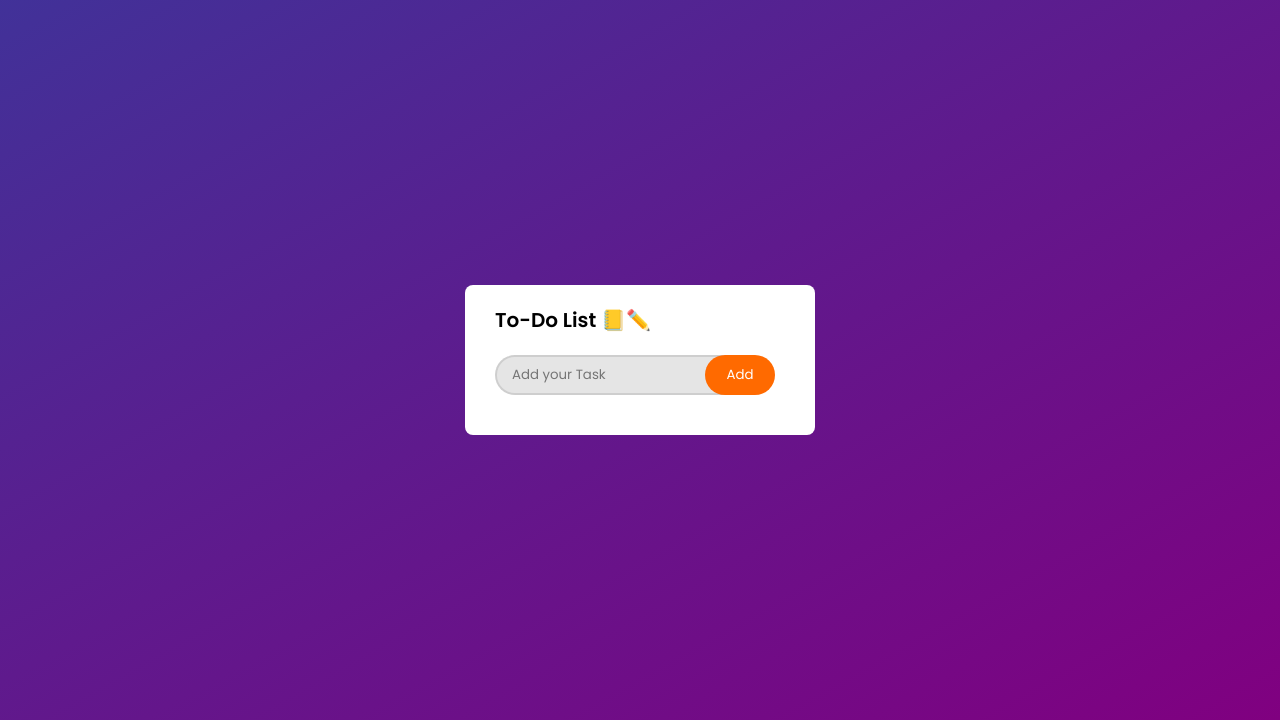
Repository: Ankitkr2021/To-Do-List
Page: index.html
An editor plug-in stored every save of this project. The page is shown before and after the next save, followed by the edit.
The browser window is 1280 px wide. The pictures show the whole page.

Above is the page before, as saved 2025-10-03 12:25:45.

### index.html
<!DOCTYPE html>
<html lang="en">
<head>
    <meta charset="UTF-8">
    <meta name="viewport" content="width=device-width, initial-scale=1.0">
    <title>To-Do-List</title>
    <link rel="stylesheet" href="./style.css">
</head>
<body>
    <div class="box">
        <h1>To-Do List 📒✏️</h1>
        <div class="task">
        <input id="input-box" type="text" placeholder="Add your Task">
        <button onclick="addTask()">Add</button>
        </div>
        <ul id="list-container">
            <!-- <li class="checked">addTask()</li>
            <li>Task 2</li>
            <li>Task 3</li> -->
        </ul>
    </div>
    <script src="script.js"></script>
</body>
</html>

### style.css
@import url("https://fonts.googleapis.com/css2?family=Poppins:wght@300;400;500;600;700&display=swap");

*{
    margin: 0;
    padding: 0;
    box-sizing: border-box;
    font-family: 'Poppins',sans-serif;
}

body{
    display: flex;
    justify-content: center;
    align-items: center;
    height: 100vh;
    background: linear-gradient(to bottom right, rgba(40, 22, 139, 0.884), purple);
}

.box {
    background: #fff;
    /* height: 150p/x; */
    /* margin-bottom: 20px; */
    max-height: 400px;
    width: 350px;
    border-radius: 8px;
}

.box h1 {
    padding: 20px 30px;
    font-size: 20px;
    font-weight: 600;
}

.task {
    /* background: #000; */
    padding: 0 30px 40px;
    position: relative;
}

.task input {
    width: 85%;
    height: 40px;
    border-radius: 20px;
    border: 2px solid rgba(0,0,0,0.1);
    background: rgba(0,0,0,0.1);
    padding-left: 15px;
}

.task button {
    content: "";
    position: absolute;
    left: 240px;
    height: 40px;
    width: 20%;
    border-radius: 20px;
    background: rgb(255, 106, 0);
    color: #fff;
    border: none;
}

ul li {
    list-style: none;
    font-size: 17px;
    padding: 20px 8px 20px 50px;
    user-select: none;
    cursor: pointer;
    position: relative;
}

ul li:before{
    content: '';
    position: absolute;
    height: 20px;
    width: 20px;
    border-radius: 50%;
    background-image: url(./images/unchecked.png);
    background-size: cover;
    background-position: center;
    top: 22px;
    left: 24px;
}

ul li.checked {
    color: #555;
    text-decoration: line-through;
}

ul li.checked::before {
    background-image: url(./images/checked.png);
}

ul li span {
    position: absolute;
    right: 25px;
    top: 10px;
    width: 40px;
    height: 40px;
    font-size: 22px;
    color: #555;
    line-height: 40px;
    text-align: center;
    border-radius: 50%;
}

ul li span:hover {
    background: #edeef0;
}

### script.js
const inputBox = document.getElementById("input-box");
const listContainer = document.getElementById("list-container");

function addTask() {
    if(inputBox.value === '') {
        alert("You must write something!");
    }
    else {
        let li = document.createElement("li");
        li.innerHTML = inputBox.value;
        listContainer.appendChild(li);
        let span = document.createElement("span");
        span.innerHTML = "\u00d7";
        li.appendChild(span);
    }
      inputBox.value = "";
      saveData();
}

listContainer.addEventListener("click", function(e) {
    if(e.target.tagName === "LI") {
        e.target.classList.toggle("checked");
        saveData();
    }
    else if(e.target.tagName === "SPAN"){
        e.target.parentElement.remove();
        saveData();
    }
}, false);

function saveData(){
    localStorage.setItem("data", listContainer.innerHTML);
}

function showTask() {
    listContainer.innerHTML = localStorage.getItem("data");
}
showTask();

After the next save:
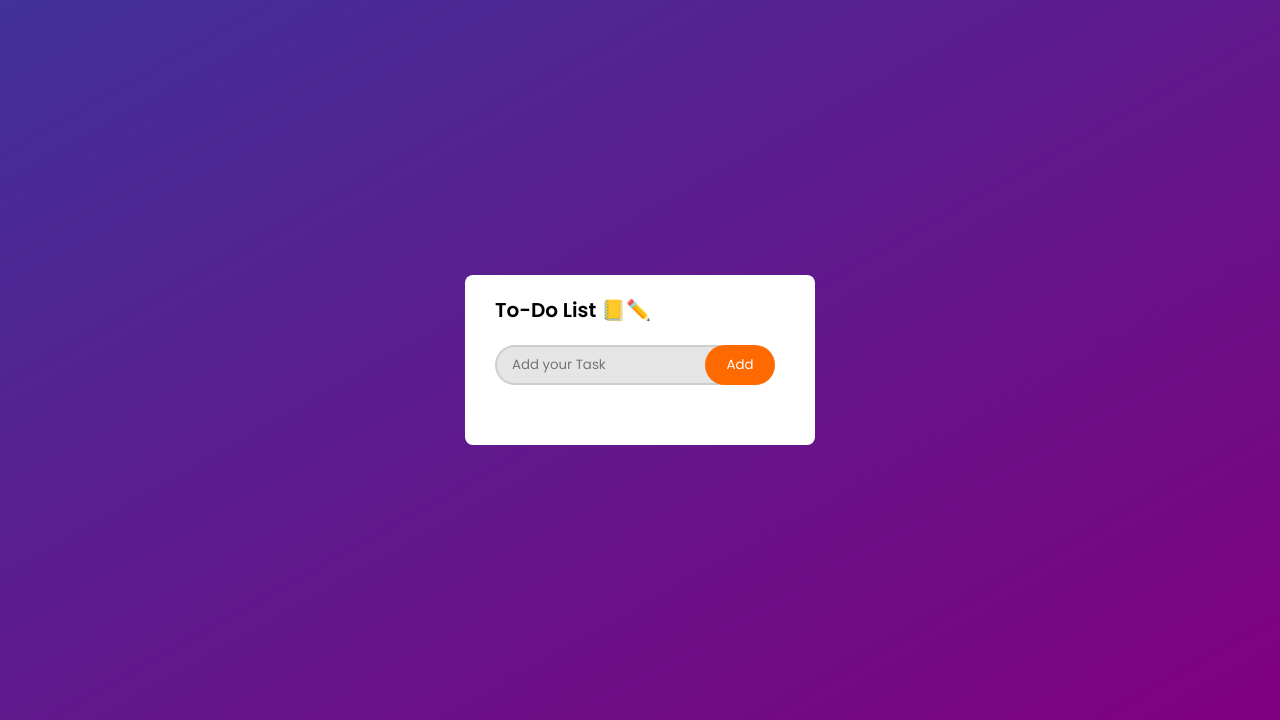
Saved 5 s later.
--- a/style.css
+++ b/style.css
@@ -32,7 +32,7 @@ body{
 
 .task {
     /* background: #000; */
-    padding: 0 30px 40px;
+    padding: 0 30px 60px;
     position: relative;
 }
 
